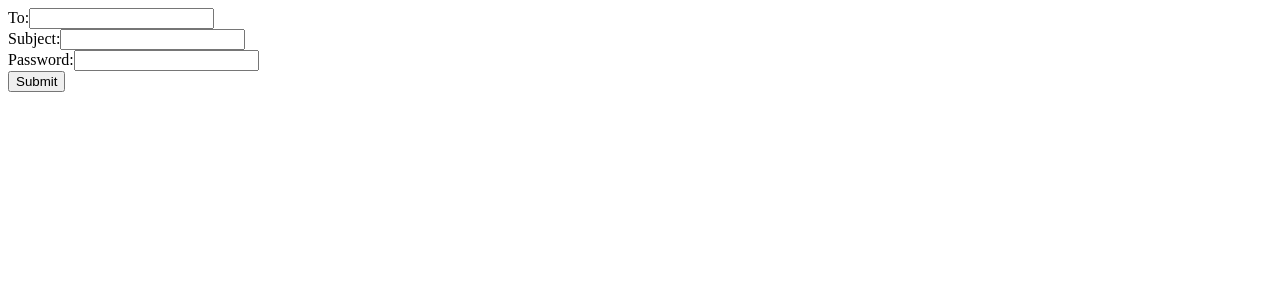
Repository: gotoarun/Sample
Page: http://localhost/Demo/
These files come from the project's save history. The page is drawn as it stood at one moment and after the next save; the edit follows.
The browser window is 1280 px wide. The pictures show the whole page.
The page is served by Tomcat 9.

Above is the page before, as saved 2014-04-23 05:56:29.

After the next save:
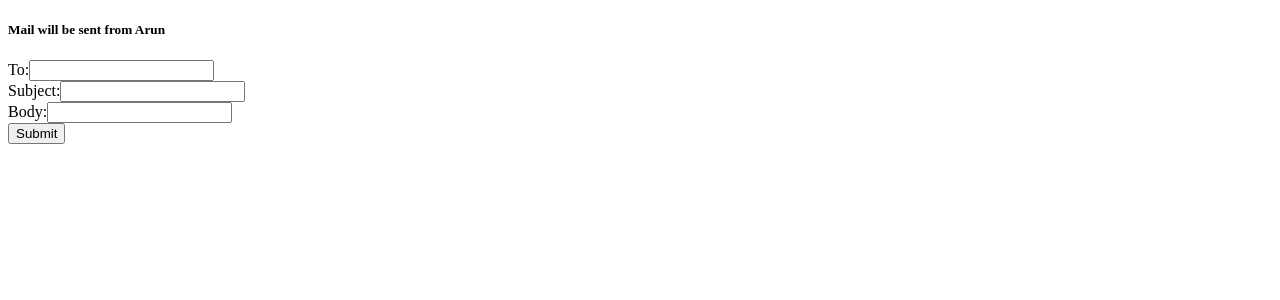
Saved 30 s later.
--- a/Demo/war/mail.jsp
+++ b/Demo/war/mail.jsp
@@ -9,9 +9,10 @@
 
 <body>
 <form  action="login" name="form1" method="post">
+<h5>Mail will be sent from Arun<mailid:arun14v> </h5>
 To:<input type="text" name="tomail" ><br>
 Subject:<input type="text" name="sub"><br>
-Password:<input type="password" name="lpass"><br>
+Body:<input type="text" name="body"><br>
 <input type="submit" value="Submit">
 </form>
 </body>
